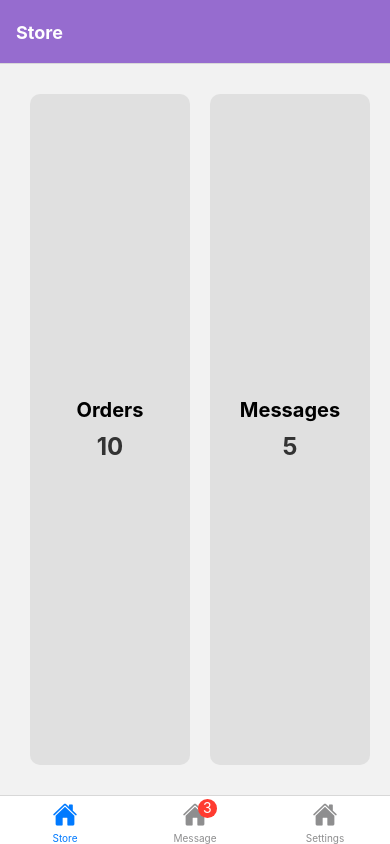
Repository: Waikato153/AwesomeProject
Screen: /
The author's editor kept a copy of each file at every save. The screen is drawn from the files as they stood at one save, then again after the next save.
The app was drawn by React Native's web renderer in a window 390 px wide. The project was rebuilt for these pictures with package versions that can differ from the ones it lists, and the page was loaded fresh each time.

Above is the screen before, as saved 2024-02-29 11:48:41.

### App.js
import * as React from 'react';
import { Text, View, StyleSheet} from 'react-native';
import { NavigationContainer } from '@react-navigation/native';
import { createBottomTabNavigator } from '@react-navigation/bottom-tabs';
import { Ionicons } from '@expo/vector-icons';

import HomeScreen from './screens/HomeScreen';

function SettingsScreen() {
  return (
    <View style={{ flex: 1, justifyContent: 'center', alignItems: 'center' }}>
      <Text>Settings!</Text>
    </View>
  );
}


const styles = StyleSheet.create({
  container: {
    flex: 1,
    justifyContent: 'center',
    backgroundColor: 'white',
    alignItems: 'center',
    padding: 8,
  },
  paragraph: {
    margin: 24,
    fontSize: 18,
    fontWeight: 'bold',
    textAlign: 'center',
  },
});

const Tab = createBottomTabNavigator();

function MyTabs() {
  return (

    <Tab.Navigator
      screenOptions={{
        tabBarIcon: ({ color, size }) => (
          <Ionicons name="home" color={color} size={size} />
        ),
        headerStyle: {
          backgroundColor: '#966ccf',
        },
        headerTintColor: '#fff',
        headerTitleStyle: {
          fontWeight: 'bold',
        },
      }}
    >
      <Tab.Screen
        name="Store"
        component={HomeScreen}

      />
      <Tab.Screen
        name="Message"
        component={SettingsScreen}
        options={{
          tabBarBadge: 3
        }}
      />
      <Tab.Screen
        name="Settings"
        component={SettingsScreen}
      />
    </Tab.Navigator>
  );
}

export default function App() {
  return (
    <NavigationContainer>
      <MyTabs />
    </NavigationContainer>
  );
}

### screens/HomeScreen.js
import React from 'react';
import { View, Text, StyleSheet, FlatList } from 'react-native';

const data = [
  { title: 'Orders', count: 10 },
  { title: 'Messages', count: 5 },
  { title: 'Notifications', count: 8 },
  // Add more data as needed
];

const renderItem = ({ item }) => (
  <View style={styles.block}>
    <Text style={styles.title}>{item.title}</Text>
    <Text style={styles.count}>{item.count}</Text>
  </View>
);

const HomeScreen = () => {
  return (
    <FlatList
      horizontal
      data={data}
      renderItem={renderItem}
      keyExtractor={(item, index) => index.toString()}
      showsHorizontalScrollIndicator={false}
      contentContainerStyle={styles.container}
    />
  );
};

const styles = StyleSheet.create({
  container: {
    padding: 20,
  },
  block: {
    width: 160, // 设置方块宽度
    justifyContent: 'center',
    alignItems: 'center',
    backgroundColor: '#e0e0e0',
    borderRadius: 10,
    padding: 20,
    margin: 10,
  },
  title: {
    fontSize: 20,
    fontWeight: 'bold',
    marginBottom: 10,
  },
  count: {
    fontSize: 24,
    fontWeight: 'bold',
    color: '#333333',
  },
});

export default HomeScreen;

After the next save:
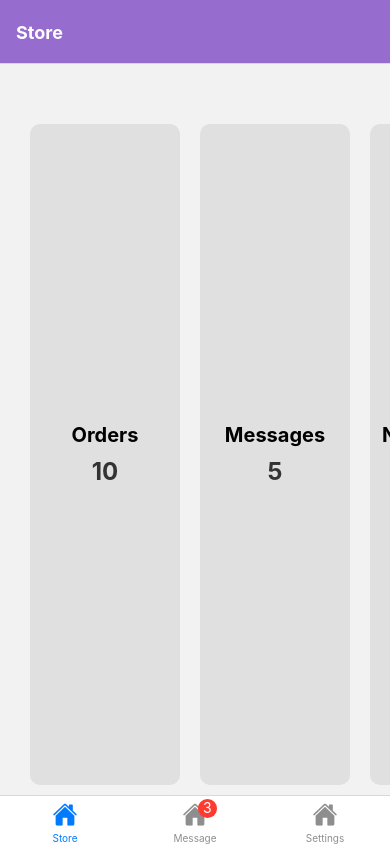
Saved 52 s later.
--- a/screens/HomeScreen.js
+++ b/screens/HomeScreen.js
@@ -17,23 +17,30 @@ const renderItem = ({ item }) => (
 
 const HomeScreen = () => {
   return (
-    <FlatList
-      horizontal
-      data={data}
-      renderItem={renderItem}
-      keyExtractor={(item, index) => index.toString()}
-      showsHorizontalScrollIndicator={false}
-      contentContainerStyle={styles.container}
-    />
+    <View style={styles.container}>
+      <FlatList
+        horizontal
+        data={data}
+        renderItem={renderItem}
+        keyExtractor={(item, index) => index.toString()}
+        showsHorizontalScrollIndicator={false}
+        contentContainerStyle={styles.flatListContent}
+      />
+    </View>
   );
 };
 
 const styles = StyleSheet.create({
   container: {
-    padding: 20,
+    flex: 1,
+    paddingTop: 50, // 顶部空白区域的高度
+  },
+  flatListContent: {
+    paddingLeft: 20,
+    paddingRight: 20,
   },
   block: {
-    width: 160, // 设置方块宽度
+    width: 150, // 设置方块宽度
     justifyContent: 'center',
     alignItems: 'center',
     backgroundColor: '#e0e0e0',
